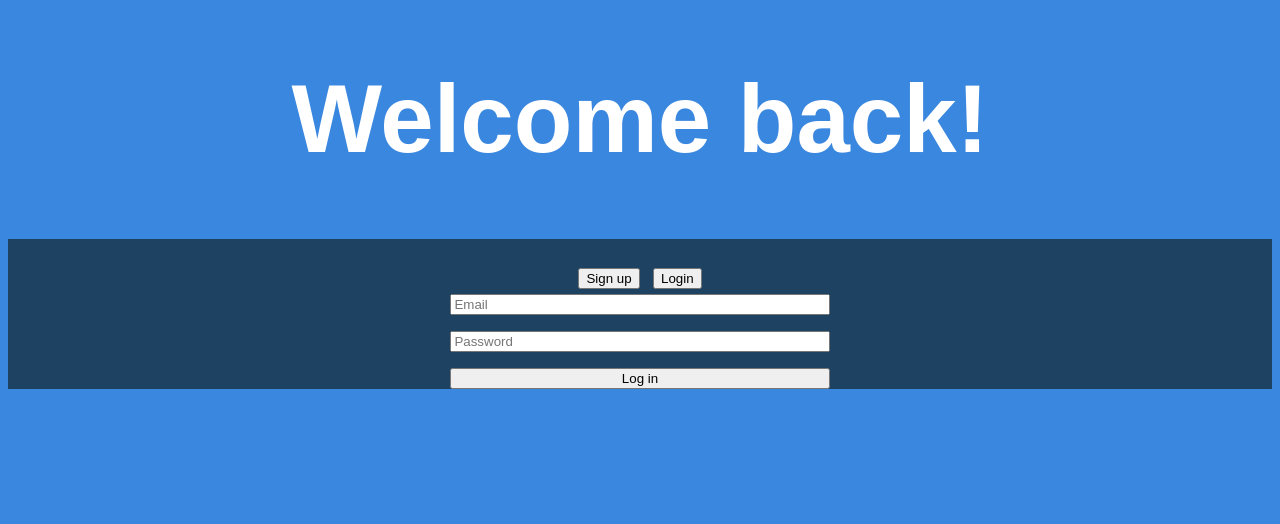
Repository: NicolasssCarlos/basic-flask-login
Page: http://localhost/
These files come from the project's save history. The page is drawn as it stood at one moment and after the next save; the edit follows.
The browser window is 1280 px wide. The pictures show the whole page.
The page is served by the project's application, run on Flask 3 (app.py).

Above is the page before, as saved 2025-06-11 20:27:43.

After the next save:
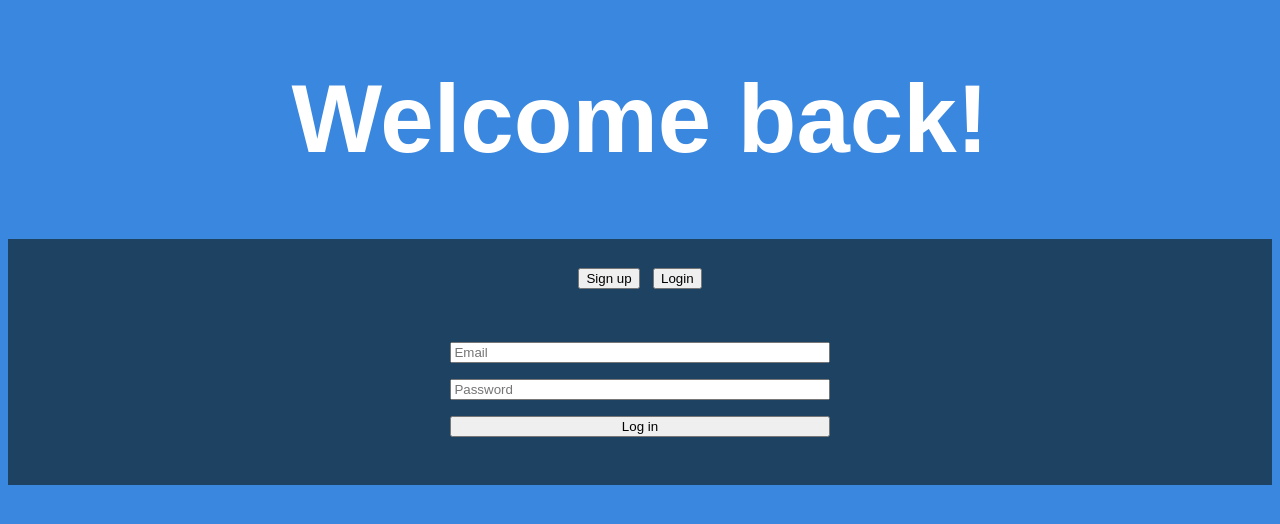
Saved 42 s later.
--- a/static/main.css
+++ b/static/main.css
@@ -60,7 +60,7 @@
 .inputs {
 
 
-    font-size: 5rem;
+
 
 
     display: flex;
@@ -78,5 +78,5 @@
     margin: 0 auto;
 
 
-    height: 100%;
+    padding: 3rem;
 }
